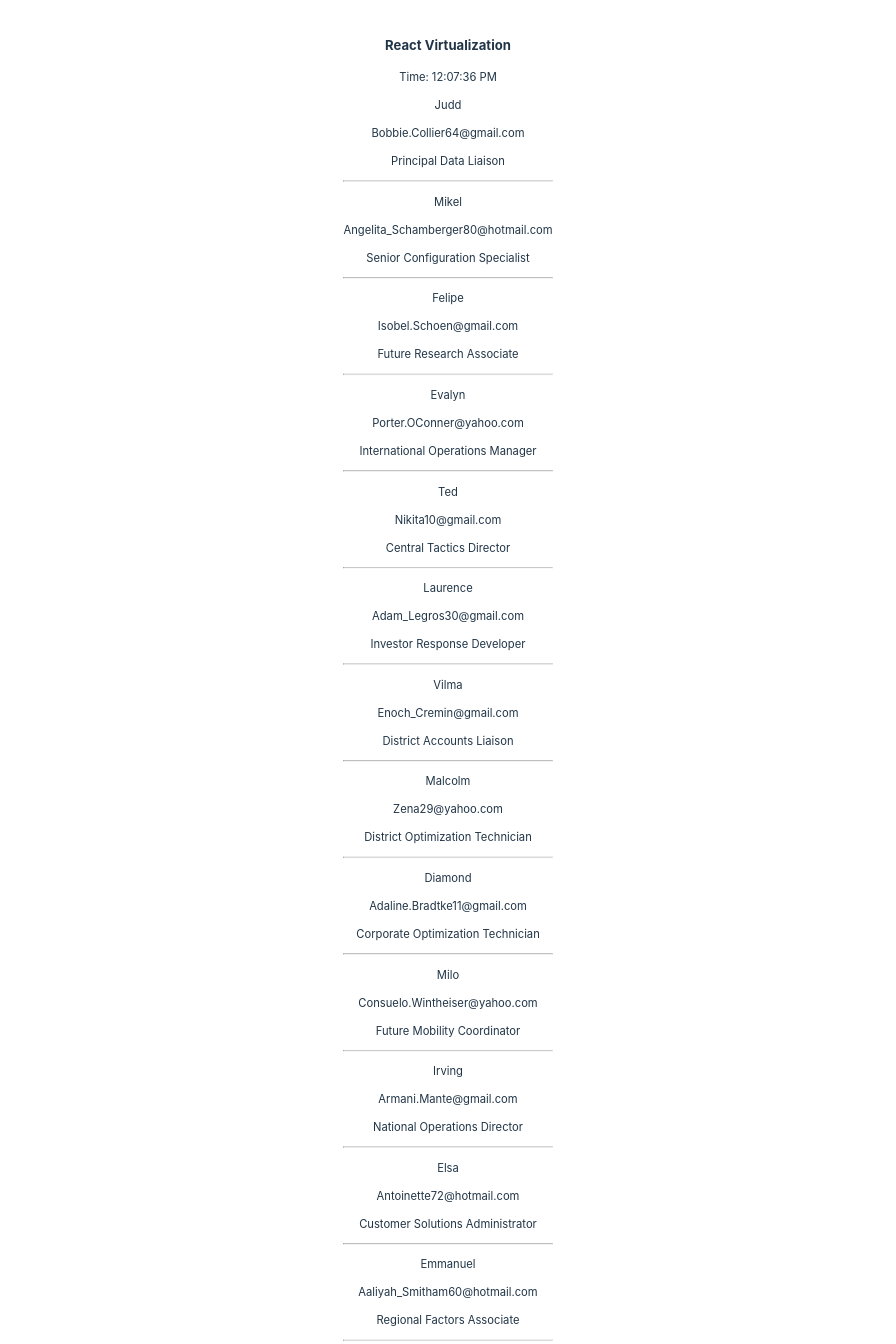
Repository: JasonMorta/React-Virtulized
Page: / (app in react-vitualization/)
An editor plug-in stored every save of this project. The page is shown before and after the next save, followed by the edit.
The browser window is 1280 px wide. The pictures show the part of the page from y = 0 to 1920 px (the page is 13962 px tall before and 138162 px after), at 70% of full size.
The project was rebuilt for these pictures with package versions that can differ from the ones it lists, and the page was loaded fresh each time. Also part of the build but not shown: react-vitualization/vite.config.ts.

Above is the page before, as saved 2024-05-10 15:58:38.

After the next save:
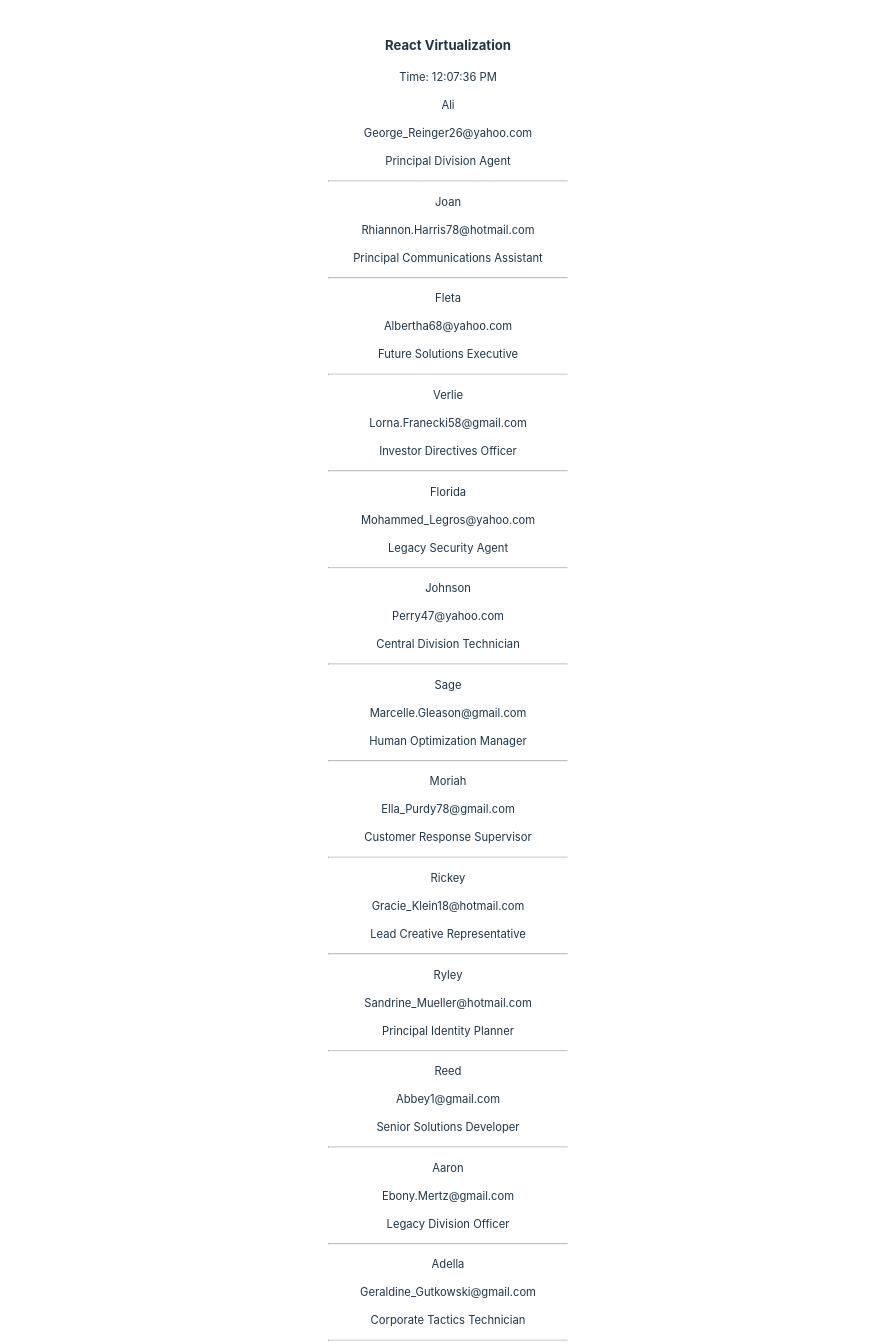
Saved 5 min 52 s later.
--- a/react-vitualization/src/App.tsx
+++ b/react-vitualization/src/App.tsx
@@ -18,7 +18,7 @@ function App() {
 
   useEffect(() => {
     // Generate data array
-    const data = [...Array(100).keys()].map((key) => ({
+    const data = [...Array(1000).keys()].map((key) => ({
       id: key,
       name: faker.person.firstName(),
       email: faker.internet.email(),
@@ -38,6 +38,7 @@ function App() {
     }, 1000);
 
     // Clear the interval when the component is unmounted
+    // This is required to prevent memory leaks that can lead to performance issues
     return () => clearInterval(interval);
   }, []);
 
